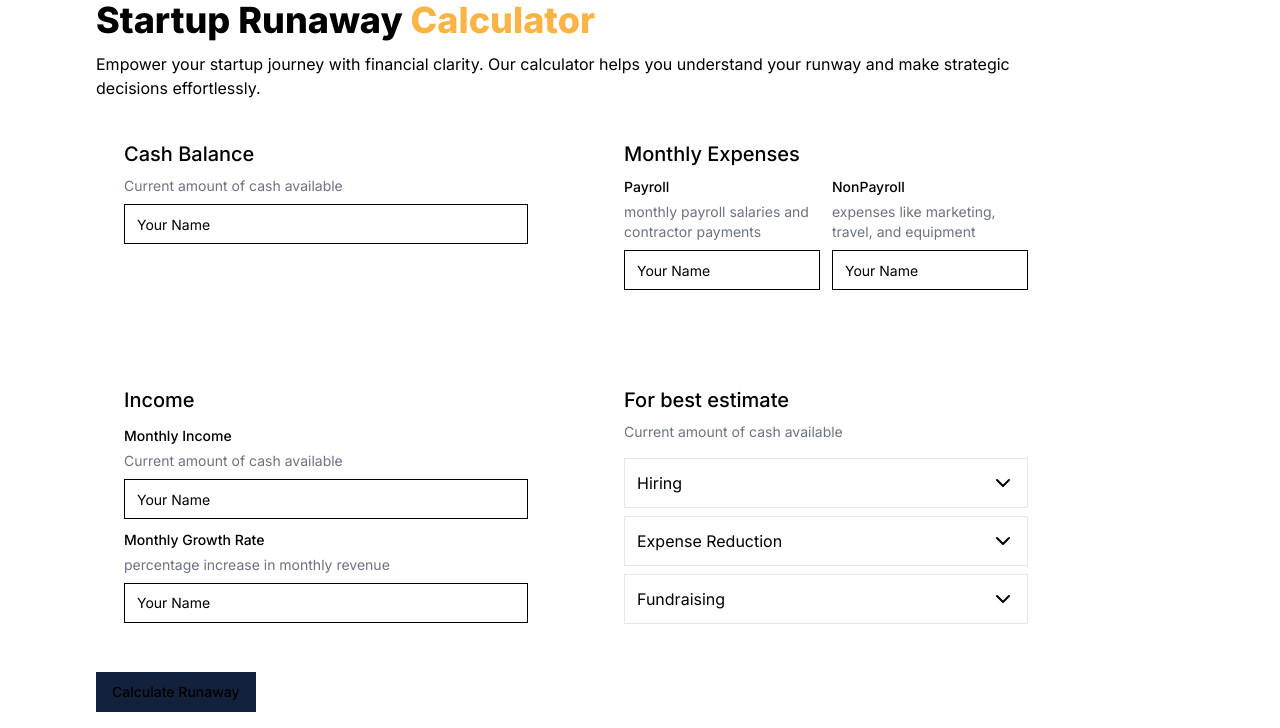
Repository: wossenF/startup-runaway-calculator
Page: /
These files come from the project's save history. The page is drawn as it stood at one moment and after the next save; the edit follows.
The browser window is 1280 px wide. The pictures show the whole page.
The project was rebuilt for these pictures with package versions that can differ from the ones it lists, and the page was loaded fresh each time. The framework's server and built-in components were replaced by stand-ins that run in the browser. Also part of the build but not shown: next.config.mjs.

Above is the page before, as saved 2024-04-08 13:40:22.

After the next save:
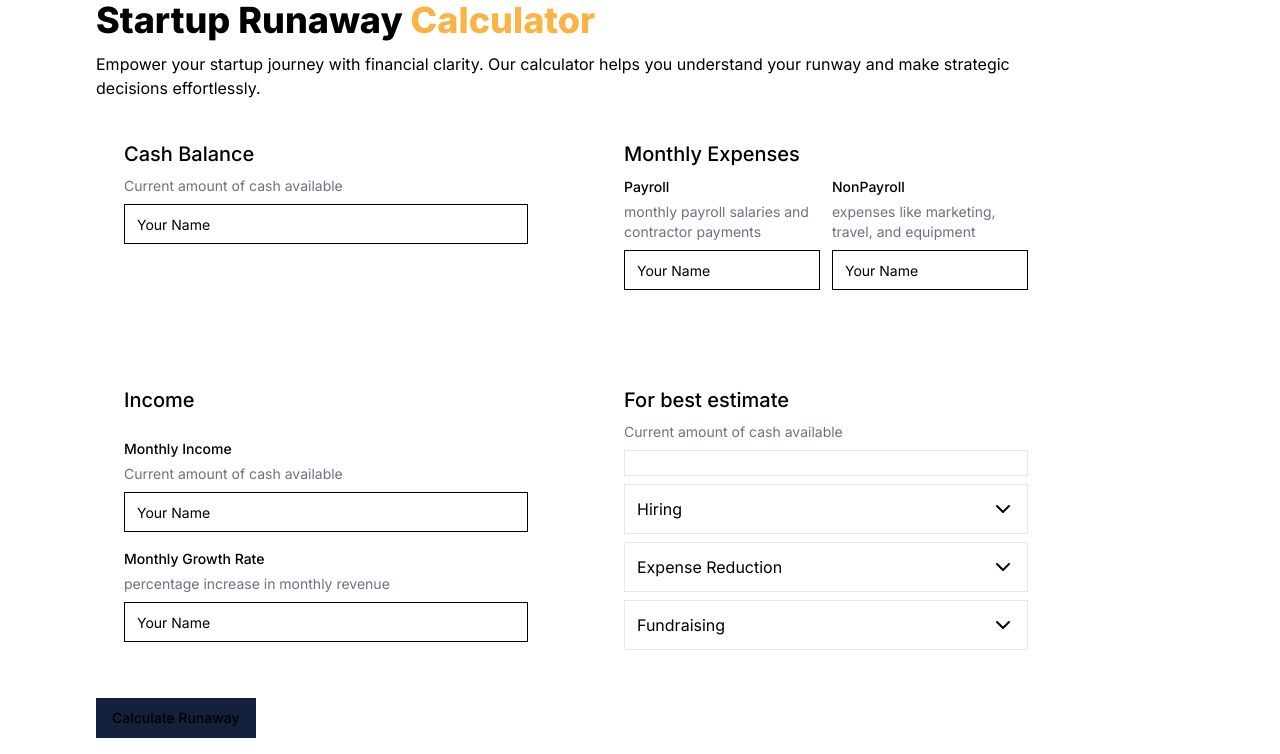
Saved 4 s later.
--- a/src/components/UserInput.tsx
+++ b/src/components/UserInput.tsx
@@ -71,7 +71,7 @@ const UserInput = () => {
           <p className="text-gray-500 text-sm ">
             Current amount of cash available
           </p>
-          <div >
+          <div className="flex justify-between p-3 gap-20 border rounded-md">
 
           </div>
           <div className="flex justify-between p-3 gap-20 border rounded-md  ">
